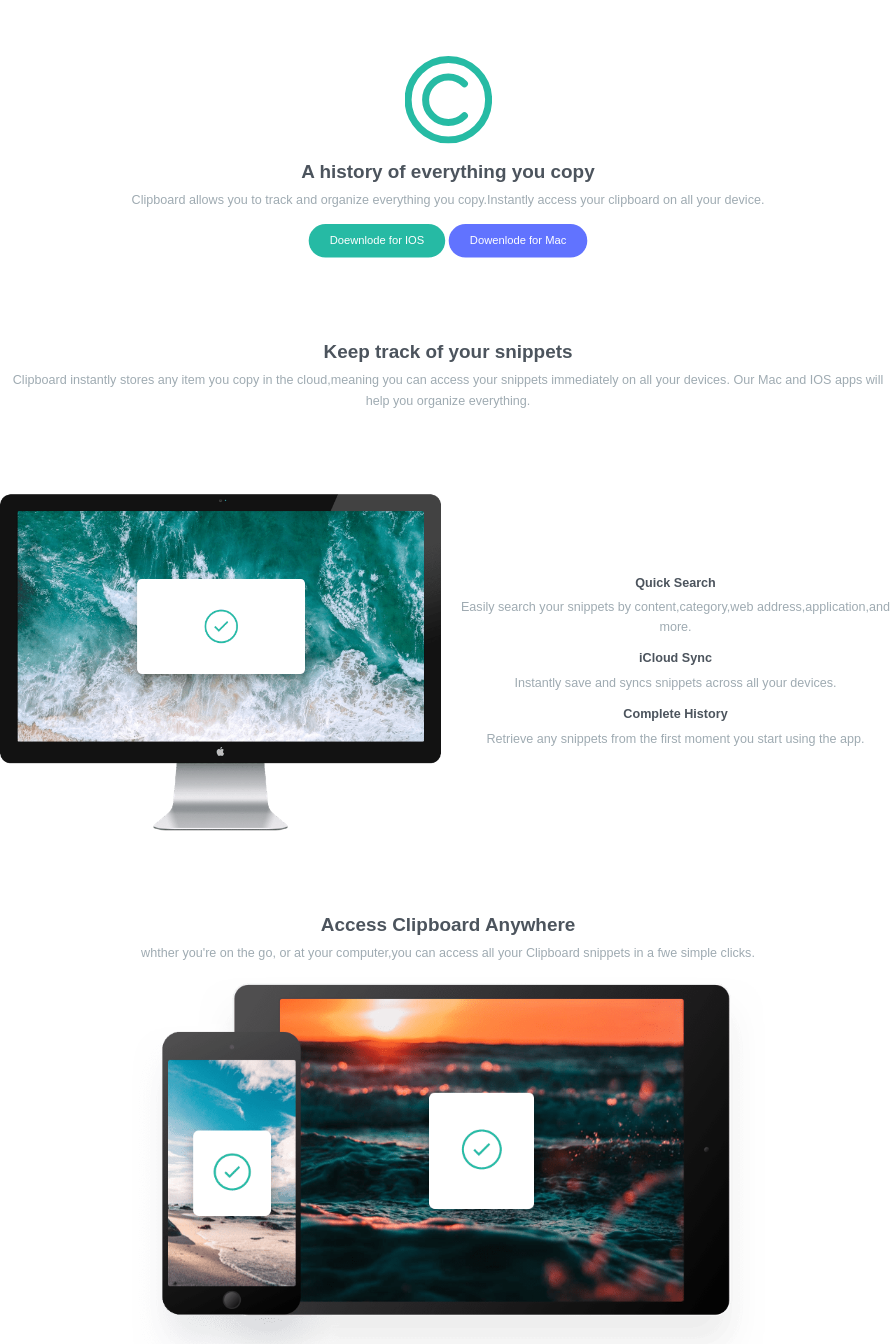
Repository: moataz305G/Clipboard-landing-page
Page: index.html
The author's editor kept a copy of each file at every save. The page is drawn from the files as they stood at one save, then again after the next save.
The browser window is 1280 px wide. The pictures show the part of the page from y = 0 to 1920 px (the page is 2964 px tall before and 2992 px after), at 70% of full size.

Above is the page before, as saved 2025-12-24 14:05:56.

After the next save:
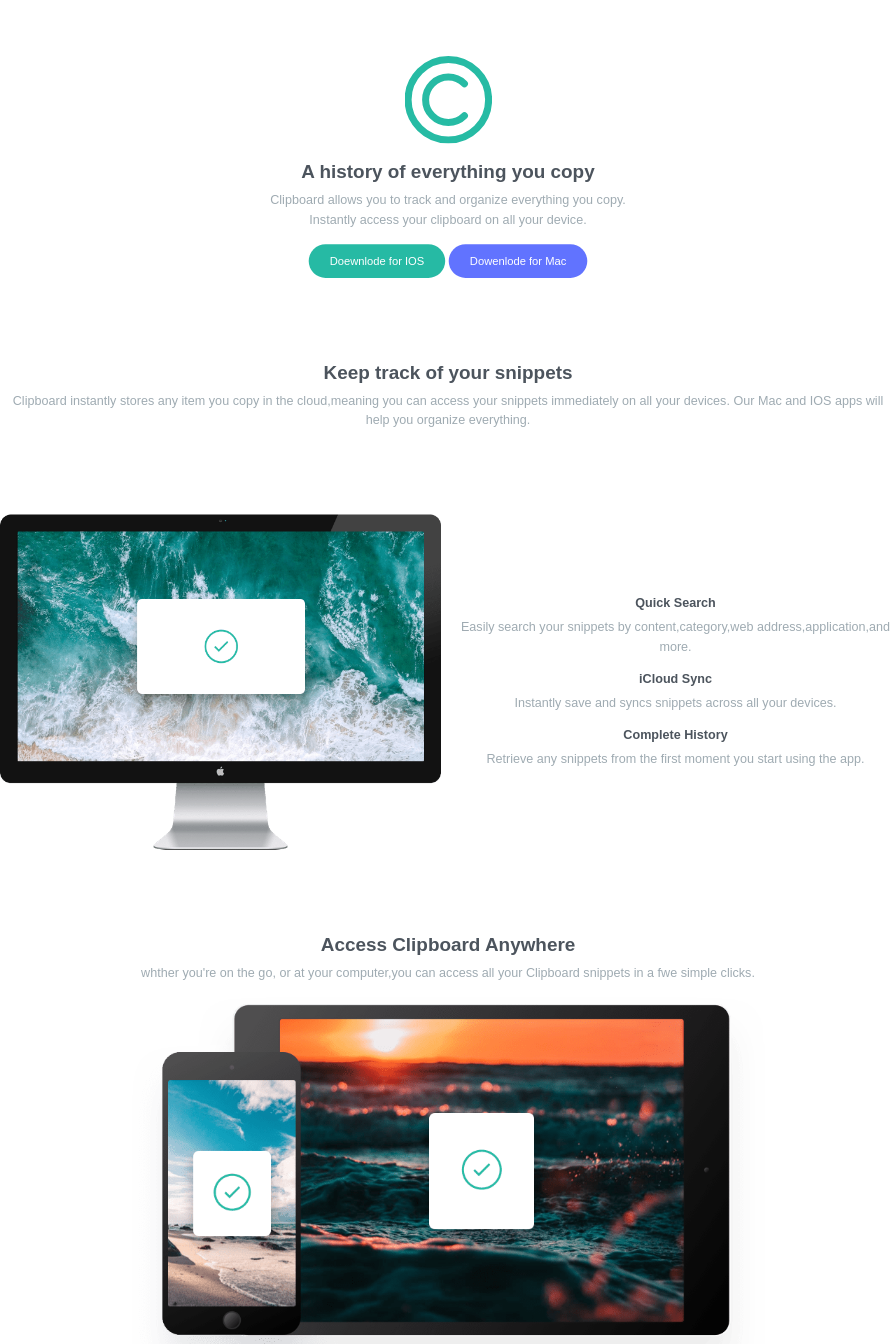
Saved 2 min 17 s later.
--- a/index.html
+++ b/index.html
@@ -22,8 +22,8 @@
 
         <h1 class="hero__title">A history of everything you copy</h1>
         <p>
-          Clipboard allows you to track and organize everything you
-          copy.Instantly access your clipboard on all your device.
+          Clipboard allows you to track and organize everything you copy.<br />Instantly
+          access your clipboard on all your device.
         </p>
         <button class="btn btn--ios">Doewnlode for IOS</button>
         <button class="btn btn--mac">Dowenlode for Mac</button>
